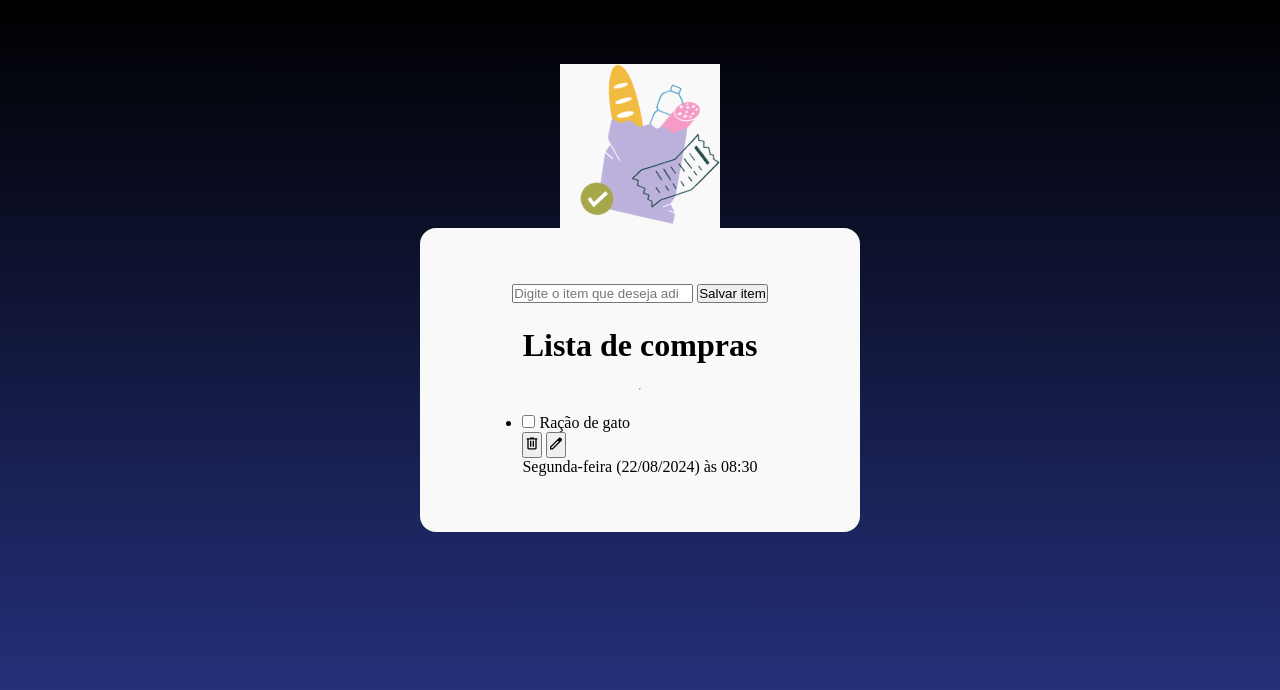
Repository: joaoPraiaJunior/compras_js
Page: index.html
An editor plug-in stored every save of this project. The page is shown before and after the next save, followed by the edit.
The browser window is 1280 px wide. The pictures show the whole page.
Some web fonts or font styles are not loaded; a fallback is used.

Above is the page before, as saved 2024-08-22 19:52:58.

After the next save:
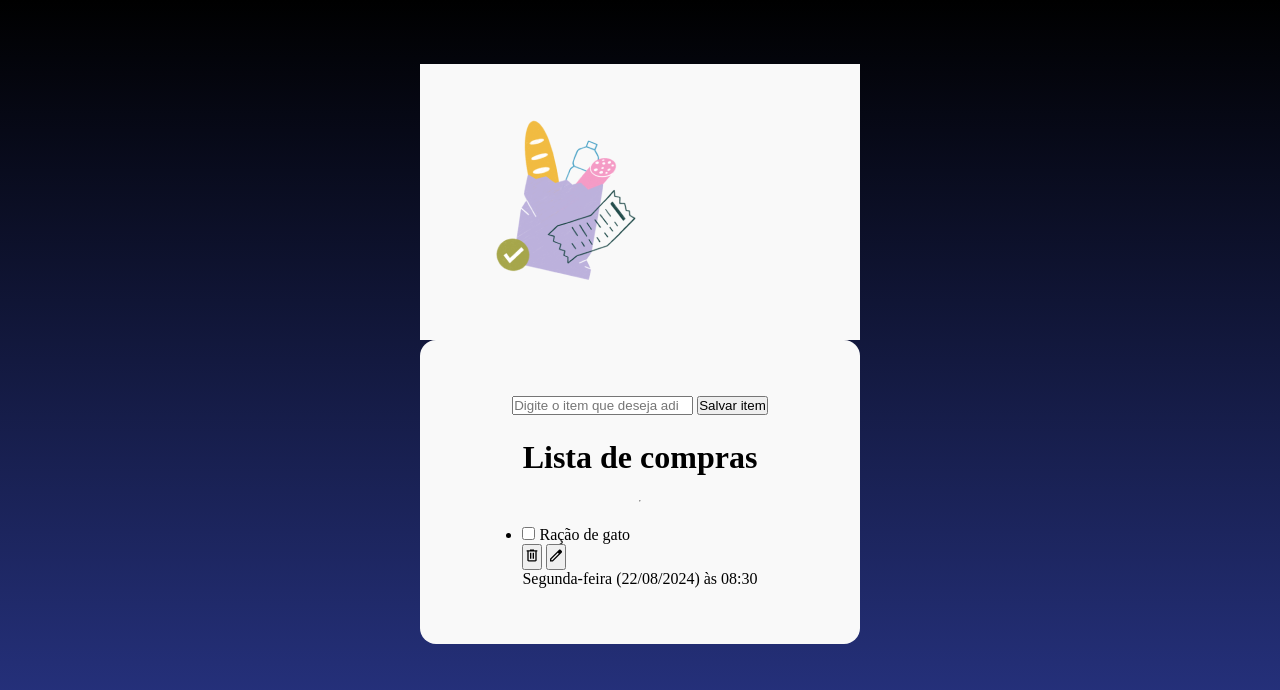
Saved 49 s later.
--- a/css/styles.css
+++ b/css/styles.css
@@ -31,6 +31,8 @@ body {
 header {
     margin-top: 6.4rem;
     background-color: var(--neutro);
+    padding: 5.6rem;
+    width: 44.0rem;
 }
 
 main {
